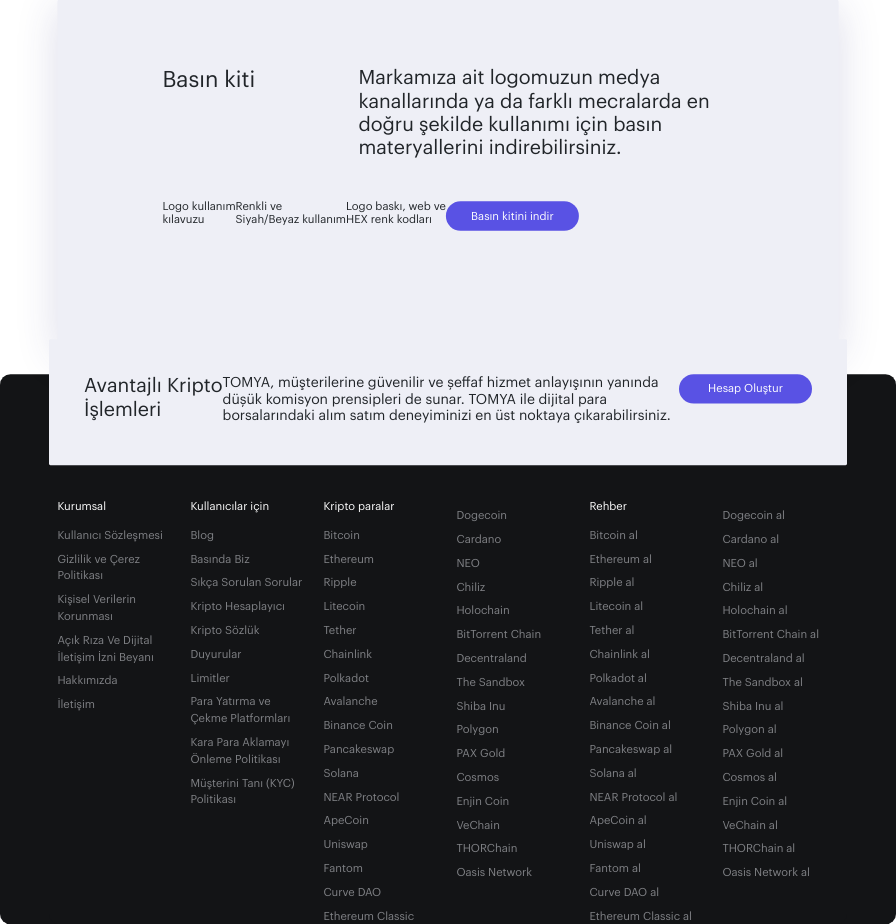
Repository: ezgibayrakli/TomyaProje
Page: index copy.html
The author's editor kept a copy of each file at every save. The page is drawn from the files as they stood at one save, then again after a run of saves.
The browser window is 1280 px wide. The pictures show the part of the page from y = 3392 to 5312 px (the page is 4712 px tall before and 5312 px after), at 70% of full size.
Some web fonts or font styles are not loaded; a fallback is used.

Above is the page before, as saved 2023-07-07 11:27:43.

After the next 4 saves:
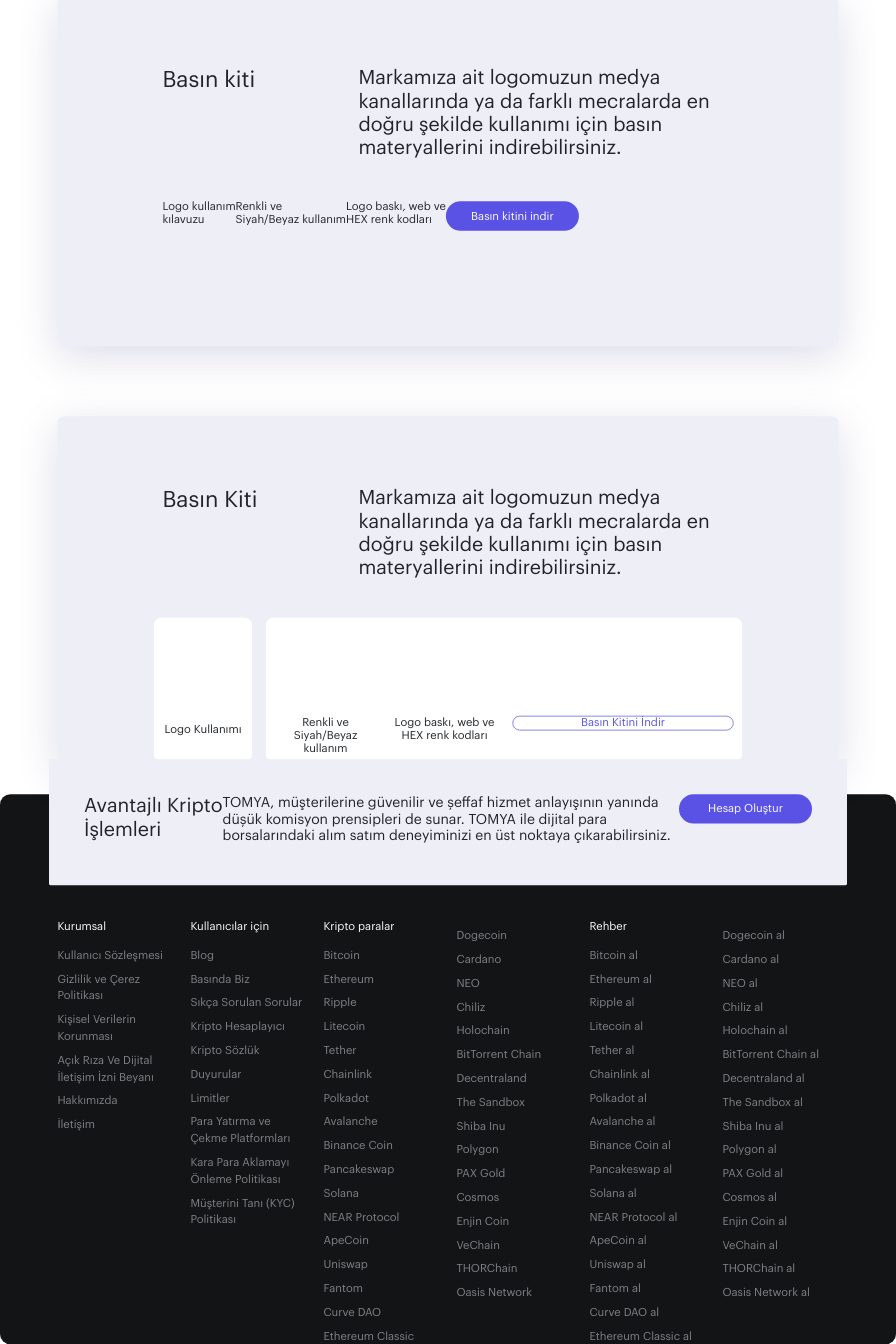
The 4 saves are shown as one change because they came seconds apart.
The last was saved 9 s later.
--- a/index copy.html
+++ b/index copy.html
@@ -187,7 +187,40 @@
                         </div>
                     </div>
                 </div>
-
+                <div class="box box-mobile">
+                    <div class="row">
+                        <div class="col-md-4">
+                            <h2>Basın Kiti</h2>
+                        </div>
+                        <div class="col-md-8">
+                            <h3>Markamıza ait logomuzun medya kanallarında ya da farklı mecralarda en doğru şekilde kullanımı için basın materyallerini indirebilirsiniz.</h3>
+                        </div>
+                    </div>
+                    <div class="row" style="height: 200px;margin-top: 45px;">
+                        <div class="col-md-2 bg-white" style="margin-right:20px;border-radius: 10px;">
+                            <h6 style="margin-top: 150px;text-align: center;">Logo Kullanımı</h6>
+                        </div>
+                        <div class="col bg-white" style="border-radius: 10px;">
+                            <div class="row">
+                                <div class="col-md-3">
+                                    <h6 style="margin-top: 140px;text-align: center;">Renkli ve <br>
+                                        Siyah/Beyaz kullanım</h6>
+                                </div>
+                                <div class="col-md-3">
+                                    <h6 style="margin-top: 140px;text-align: center;">Logo baskı, web ve <br>
+                                        HEX renk kodları</h6></div>
+                                <div class="col-md-6">
+                                <a href="#">
+                                    <h6 class="btn-outline" style="margin-top: 140px;text-align: center;">
+                                        Basın Kitini İndir
+                                    </h6>
+                                </a>
+                                </div>
+                        </div>
+
+                    </div>
+                </div>
+                </div>
             </div>
     </section>
     <!-- MAIN MENU END -->
